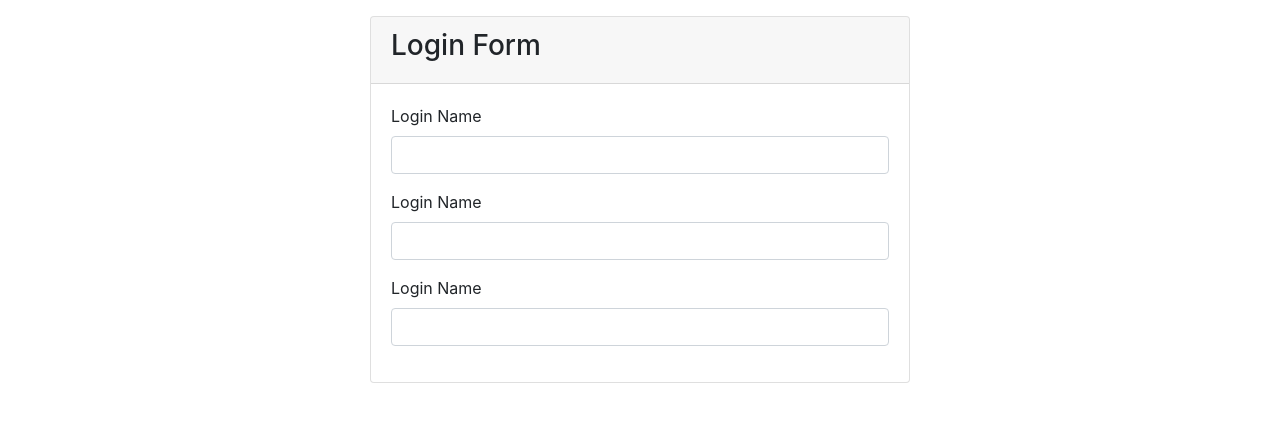
Repository: pyaephyotint22/Maven-Student-Course
Page: http://localhost/02-helloo-servlet/
The author's editor kept a copy of each file at every save. The page is drawn from the files as they stood at one save, then again after the next save.
The browser window is 1280 px wide. The pictures show the whole page.
The page is served by Tomcat 9.

Above is the page before, as saved 2020-12-15 05:46:07.

After the next save:
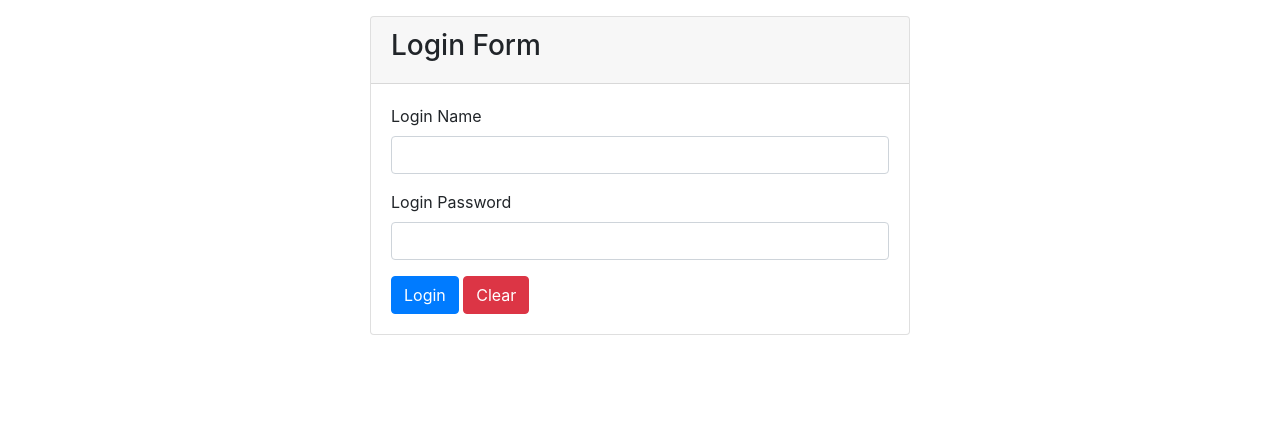
Saved 2 min 28 s later.
--- a/02-helloo-servlet/src/main/webapp/index.jsp
+++ b/02-helloo-servlet/src/main/webapp/index.jsp
@@ -25,13 +25,11 @@
 				<input type="text" name="uname" class="form-control"/>
 				</div>
 				<div class="form-group">
-				<label for="">Login Name</label>
-				<input type="text" name="uname" class="form-control"/>
+				<label for="">Login Password</label>
+				<input type="password" name="upass" class="form-control"/>
 				</div>
-				<div class="form-group">
-				<label for="">Login Name</label>
-				<input type="text" name="uname" class="form-control"/>
-				</div>
+				<button type="submit" class="btn btn-primary">Login</button>
+				<button type="reset" class="btn btn-danger">Clear</button>
 			</form>
 		</div>
 	</div>
